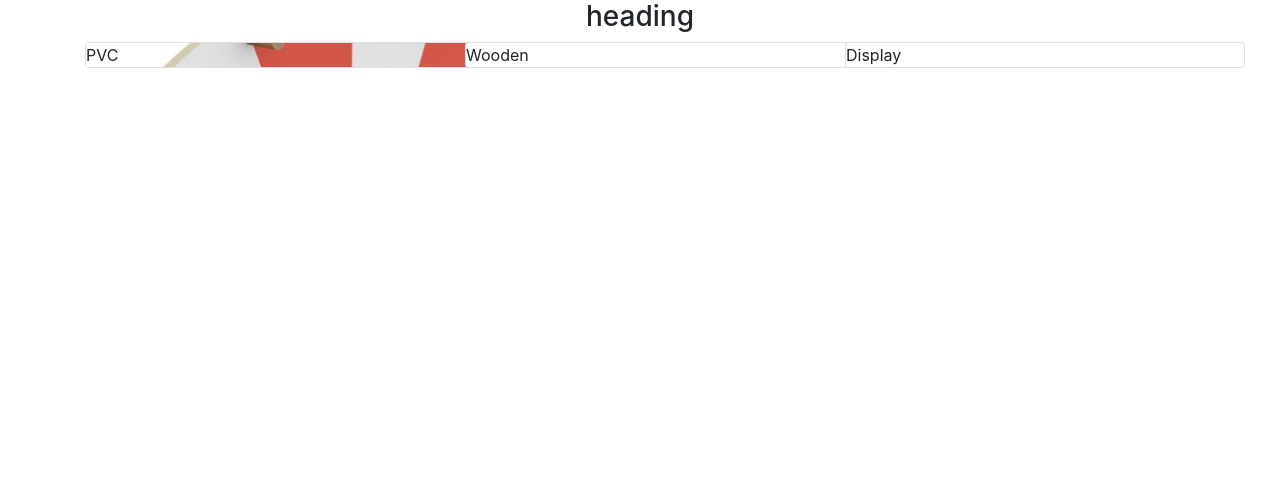
Repository: Awaisp-irfan/fahad-project
Page: index.html
The author's editor kept a copy of each file at every save. The page is drawn from the files as they stood at one save, then again after the next save.
The browser window is 1280 px wide. The pictures show the whole page.

Above is the page before, as saved 2022-06-30 06:57:52.

After the next save:
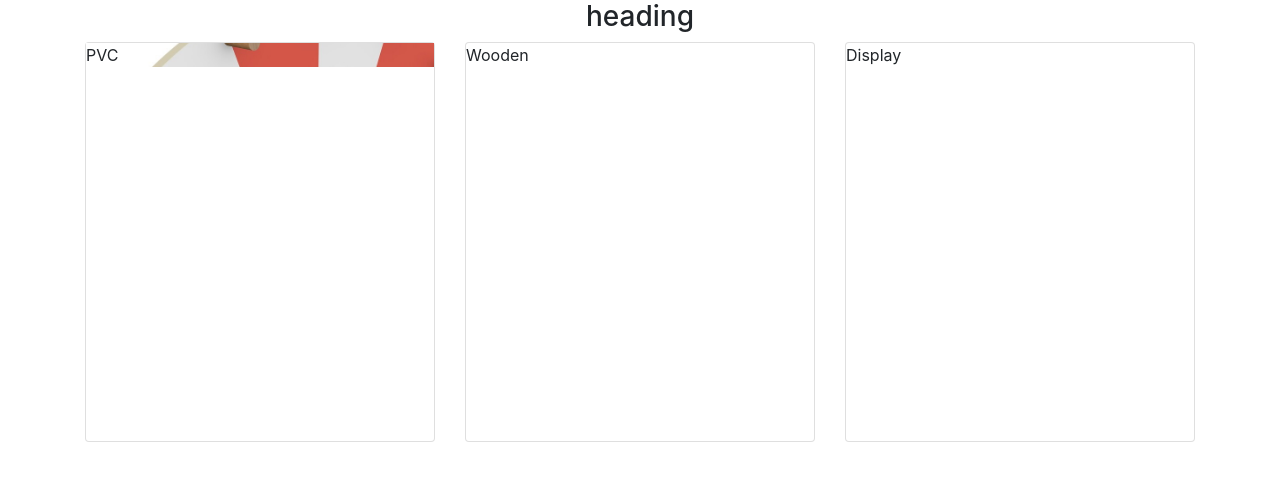
Saved 16 s later.
--- a/style.css
+++ b/style.css
@@ -7,5 +7,5 @@
 }
 
 .img-div{
-    width: 400px;
+    height: 400px;
 }
